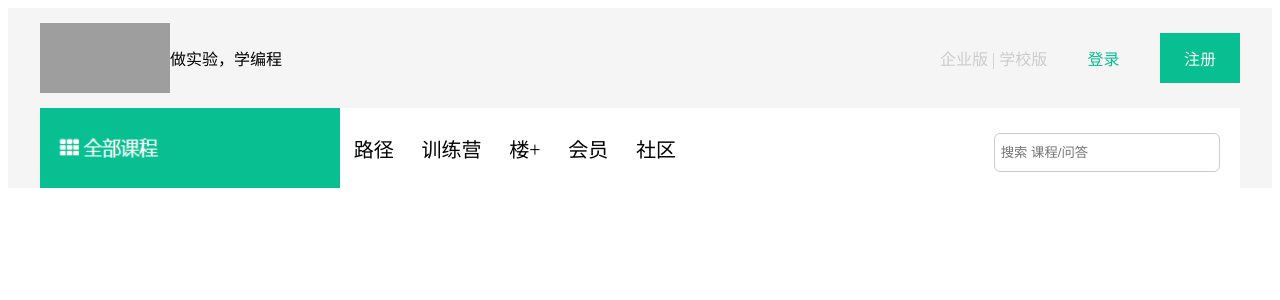
Repository: wuguozheng/xxbb
Page: /
These files come from the project's save history. The page is drawn as it stood at one moment and after the next save; the edit follows.
The browser window is 1280 px wide. The pictures show the whole page.
The pointer rests on the first visible `.ki`.
Pictures or frames that could not be fetched are drawn as grey boxes. The project was rebuilt for these pictures with package versions that can differ from the ones it lists, and the page was loaded fresh each time.

Above is the page before, as saved 2020-06-01 15:00:10.

### src/App.vue
<template>
  <div id="app">

    <router-view/>
  </div>
</template>

<style lang="scss">

</style>

### src/views/Home.vue
<template>
 <div>
    <mxs1></mxs1>
 </div>
</template>

<script>
import Mxs1 from '../components/home/Mxs1'
 export default {
   name: '',
   props: {
   },
   components: {
     Mxs1,
   },
   data () {
     return {

     }
   },
   methods: {

   },
   mounted() {

   },
   watch: {

   },
   computed: {

   }
 }
</script>

<style scoped lang='scss'>

</style>

### src/components/home/Mxs1.vue
<template>
  <div>
    <div class="rap">
      <div class="rap-1">
        <div class="left">
          <img
            data-v-7629dae3
            src="https://static.shiyanlou.com/frontend/dist/img/9f43b00.svg"
            alt="实验楼"
            width="130"
            height="70"
          />
          <div>做实验，学编程</div>
        </div>
        <div class="rap-2">
          <div class="timi-1">企业版 | 学校版</div>
          <div class="timi-2">登录</div>
          <div class="timi">注册</div>
        </div>
      </div>
      <div class="run">
        <img src="../home/QQ截图20200601133655.png" alt="" width="300" height="80">
        <div class="run-1">
          <div class="ki">路径</div>
          <div class="ki2">训练营</div>
          <div class="ki3">楼+</div>
          <div class="ki4">会员</div>
          <div class="ki5">社区</div>
        </div>
        <div class="run-2">
          <input type="text" placeholder=" 搜索 课程/问答" class="run-3">
        </div>
      </div>
    </div>
  </div>
</template>

<script>
export default {
  name: "",
  props: {},
  components: {},
  data() {
    return {};
  },
  methods: {},
  mounted() {},
  watch: {},
  computed: {}
};
</script>

<style scoped lang='scss'>
.rap {
  width: 100%;
  height: 180px;
  background: whitesmoke;
  display: flex;
  justify-content: center;
  align-items: center;
  flex-direction: column;
}
.rap-1 {
  width: 1200px;
  height: 100px;
  background: transparent;
  position: relative;
  display: flex;
  justify-content: center;
  align-items: center;
}
.left {
  position: absolute;
  left: 0;
  display: flex;
  justify-content: center;
  align-items: center;
}
.rap-2 {
  display: flex;
  width: 300px;
  height: 100px;
  background: transparent;
  justify-content: space-between;
  align-items: center;
  position: absolute;
  right: 0;
}
.timi {
  width: 80px;
  height: 50px;
  background: rgb(8, 191, 145);
  display: flex;
  justify-content: center;
  align-items: center;
  color: whitesmoke;
  &:hover {
    cursor: pointer;
  }
}
.timi-1 {
  color: #ccc;
  &:hover {
    cursor: pointer;
    color: rgb(8, 191, 145);
  }
}
.timi-2 {
  color: rgb(8, 191, 145);
  &:hover {
    cursor: pointer;
    color: #ccc;
  }
}
.run {
  width: 1200px;
  height: 80px;
  background: white;
  display: flex;
  position: relative;
}
.run-1 {
  width: 350px;
  height: 80px;
  background: transparent;
  display: flex;
  justify-content: space-around;
  align-items: center;
  font-size: 20px;
  &:hover {
    cursor: pointer;
  }
}
.run-2 {
  position: absolute;
  right: 20px;
  margin-top: 25px;
}
.run-3 {
  width: 220px;
  height: 35px;
  border: 1px solid #ccc;
  border-radius: 6px;
  &:hover{
    outline: none;
    border: 1px solid rgb(8, 191, 145);
  }
}


</style>

Loaded but not shown: src/main.js (common file); src/router/index.js (common file); src/store/index.js (common file)

After the next save:
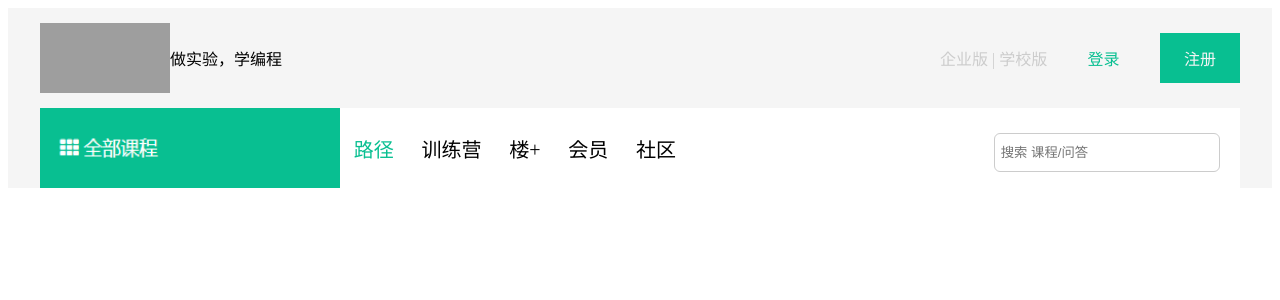
Saved 82 s later.
--- a/src/components/home/Mxs1.vue
+++ b/src/components/home/Mxs1.vue
@@ -146,6 +146,9 @@ export default {
     border: 1px solid rgb(8, 191, 145);
   }
 }
-
+.ki:hover {
+  cursor: pointer;
+   color: rgb(8, 191, 145);
+}
 
 </style>
